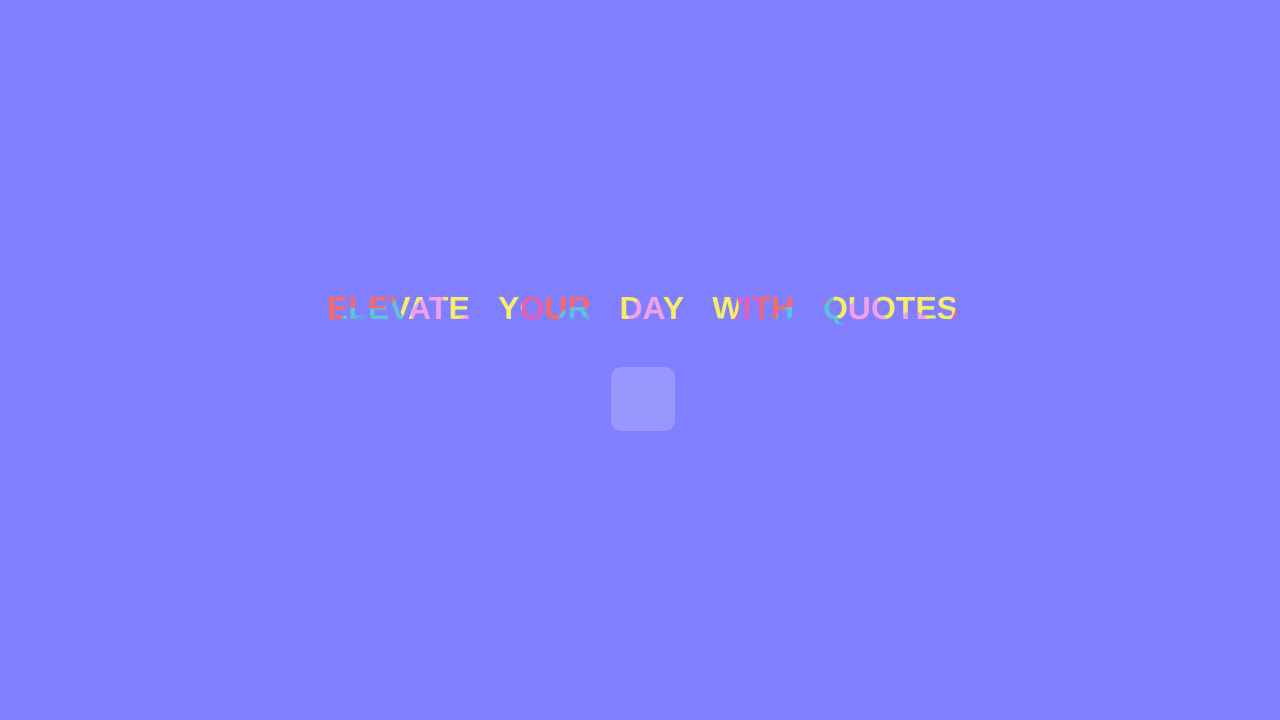
Repository: Bhavik-Sanghar/Quote-app
Page: /
The author's editor kept a copy of each file at every save. The page is drawn from the files as they stood at one save, then again after the next save.
The browser window is 1280 px wide. The pictures show the whole page.
The page's requests for data from a server got no answer. The project was rebuilt for these pictures with package versions that can differ from the ones it lists, and the page was loaded fresh each time. No one was signed in, and anything a server would have sent is missing. Also part of the build but not shown: src/styles.css.

Above is the page before, as saved 2023-08-18 15:31:52.

### src/App.js
import React from 'react';
import './styles.css';
import QuoteComponent from './components/NewQuote'

function App() {
  return (
    <div className="App">

      <QuoteComponent/>


    </div>
  );
}

export default App;

### src/components/NewQuote.js
import React, { useEffect, useState } from "react";
import axios from "axios";
import './New.css'

const QuoteComponent = () => {
  const [quotes, setQuotes] = useState([]);
  const category = "inspirational";
  const apiKey = "EgtS4gqLsbjvHM2bBjKwBA==PYmsGLFQFXQzq0Na";

  useEffect(() => {
    fetchQuotes();
  }, []);

  const fetchQuotes = async () => {
    try {
      const response = await axios.get(
        `https://api.api-ninjas.com/v1/quotes?category=${category}&limit=`, // Fetching 5 quotes
        {
          headers: { "X-Api-Key": apiKey },
        }
      );
      console.log(response)
      setQuotes(response.data);
    } catch (error) {
      console.error("Error: ", error);
    }
  };

  return (
    <div className="quote-container">
      <h1>Elevate Your Day with Quotes</h1>
      <div className="card-container">
        {quotes.map((quote, index) => (
          <div key={index} className="card">
            <p className="quote-text">{quote.quote}</p>
            <p className="author">- {quote.author}</p>
          </div>
        ))}
      </div>
    </div>
  );
};

export default QuoteComponent;

### src/components/New.css
.quote-container{
  padding: auto;
  padding-left: 5px;
  display: flex;
  flex-direction: column;
  justify-content: center;
  align-items: center;
  min-height: 100vh;
  /* background-color : black; */
  /* background-image: url(./bg.jpg) ; */
  transition: background-image 0.5s ease-in-out; /* Add transition for smooth image change */
  color : white;
  position: relative; /* Required for positioning pseudo-element */
  overflow: hidden; /* Hide overflowing pseudo-element content */
}

.quote-container::before {
  content: "";
  position: absolute;
  top: 0;
  left: 0;
  width: 100%;
  height: 100%;
  background-color: rgba(0, 0, 255, 0); /* Initial color with 0 opacity */
  transition: background-color 0.5s ease-in-out; /* Transition for color change */
  z-index: -1; /* Place the overlay beneath the content */
  pointer-events: none; /* Allow interaction with underlying content */
}

.quote-container:hover::before {
  background-color: rgba(0, 0, 255, 0.5); /* Change to your desired color and opacity */
}

.card-container ~ .quote-container{
  background-image : none;
}

.quote-container h1
  {
    margin: 20px;
    background-image: url(./h1.jpg);
    background-repeat: repeat;
    opacity: 0;
    -webkit-background-clip: text;
    -webkit-text-fill-color: transparent;
    text-align: center;
    word-spacing: 20px;
    font-weight: bold;
    text-transform: uppercase;
    font-family: 'Steelfish Rg', 'helvetica neue';
    font-weight: 800;
    -webkit-font-smoothing: antialiased;
    transition: background-color 0.3s ease-in-out;
    animation: fadeInHeading 2s ease-in-out 0.5s forwards;


}

.card:hover {
  /* Example animation - scale up on hover */
  transform: scale(1.05);
  transition: transform 0.3s ease-in-out;
}

.author:hover {
  /* Example animation - change text color on hover */
  color: #00e5ff; /* Change to your desired color */
  transition: color 0.3s ease-in-out;
}
.quote-container h1:hover {
  font-size: 2.2em;
  transition: font-size 0.3s ease-in-out;
}



.card-container {
  margin: 20px;
  backdrop-filter: blur(5px);
  background-color: hsla(0, 0%, 100%, .2);
  border-radius: 10px;
  padding: 2rem;
  font-size: larger;
  font-family: 'Times New Roman', Times, serif;
  opacity: 0; /* Set initial opacity to 0 */
  animation: fadeInQuotes 3s ease-in-out 1s forwards, fadeInBackground 3s ease-in-out 1s forwards;
  position: relative; /* Ensure proper z-index behavior */
}



@keyframes fadeInHeading {
  from {
    opacity: 0;
    transform: translateY(-20px);
  }
  to {
    opacity: 1;
    transform: translateY(0);
  }
}

@keyframes fadeInQuotes {
  from {
    opacity: 0;
    transform: translateY(20px);
  }
  to {
    opacity: 1;
    transform: translateY(0);
  }
}

@keyframes fadeInBackground {
  from {
    opacity: 0;
  }
  to {
    opacity: 1;
  }
}

Loaded but not shown: public/index.html (common file); src/index.js (common file); src/index.css (common file); src/reportWebVitals.js (common file)

After the next save:
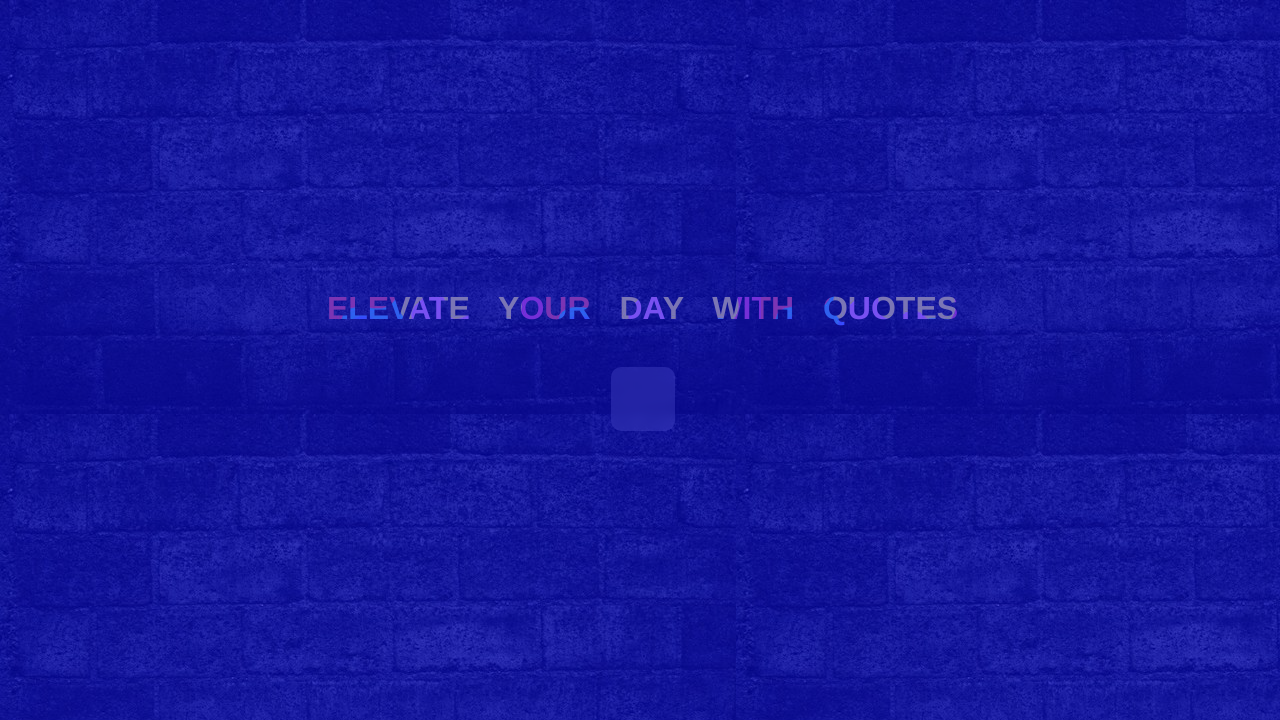
Saved 18 s later.
--- a/src/components/New.css
+++ b/src/components/New.css
@@ -6,8 +6,8 @@
   justify-content: center;
   align-items: center;
   min-height: 100vh;
-  /* background-color : black; */
-  /* background-image: url(./bg.jpg) ; */
+  background-color : black;
+  background-image: url(./bg.jpg) ;
   transition: background-image 0.5s ease-in-out; /* Add transition for smooth image change */
   color : white;
   position: relative; /* Required for positioning pseudo-element */
@@ -23,7 +23,7 @@
   height: 100%;
   background-color: rgba(0, 0, 255, 0); /* Initial color with 0 opacity */
   transition: background-color 0.5s ease-in-out; /* Transition for color change */
-  z-index: -1; /* Place the overlay beneath the content */
+  z-index: 1; /* Place the overlay beneath the content */
   pointer-events: none; /* Allow interaction with underlying content */
 }
 
